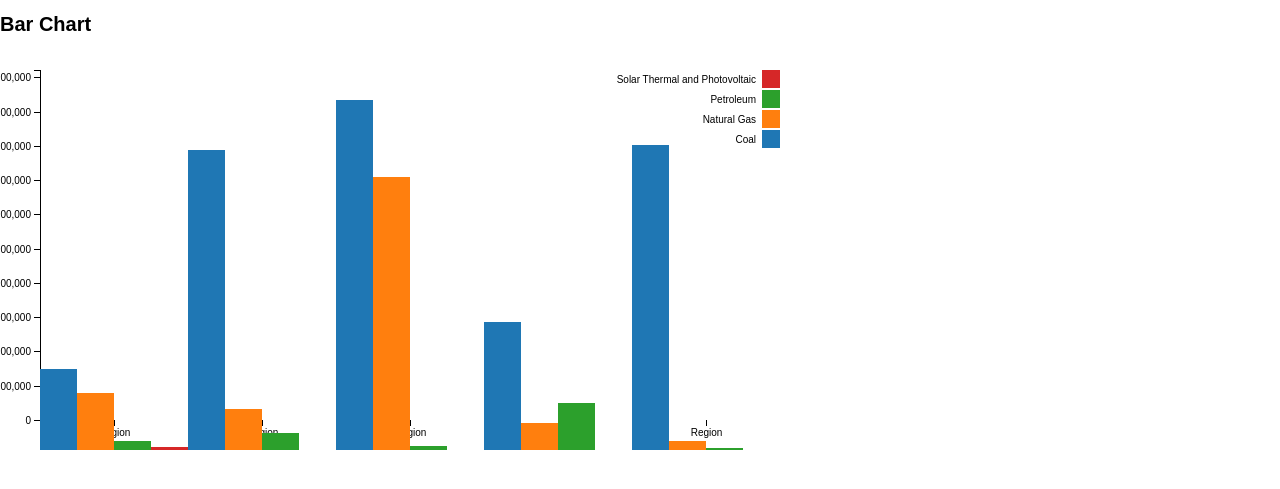
Repository: komalharjani/d3js-visualisation
Page: index.html
An editor plug-in stored every save of this project. The page is shown before and after the next save, followed by the edit.
The browser window is 1280 px wide. The pictures show the whole page.

Above is the page before, as saved 2020-05-01 18:04:54.

After the next save:
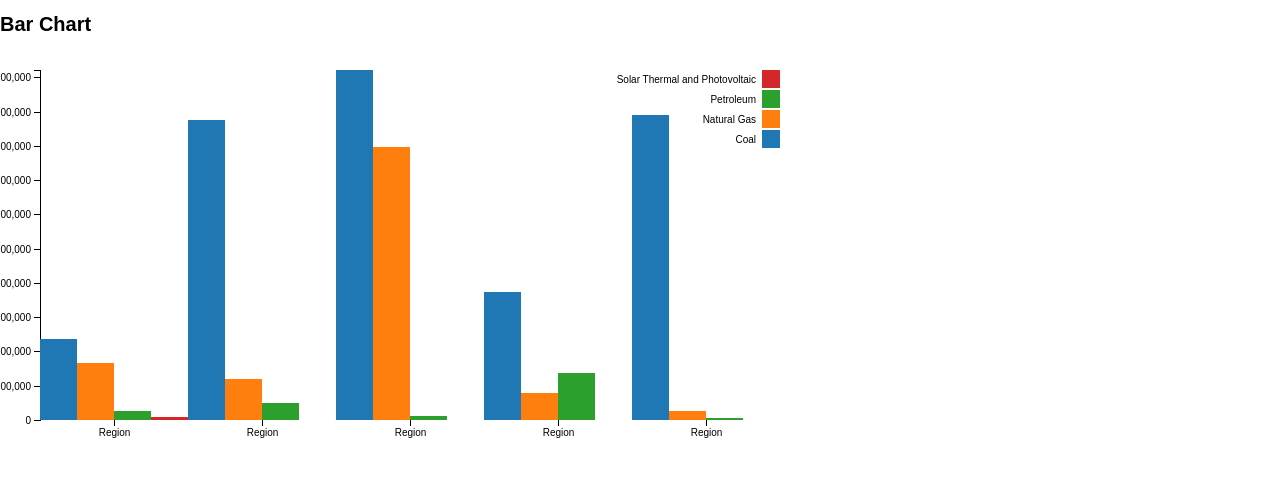
Saved 7 s later.
--- a/tryURL.js
+++ b/tryURL.js
@@ -112,7 +112,7 @@ d3.csv(dataPath)
             .data(currData)
             .enter().append("g")
             .attr("class", "g")
-            .attr("transform", function (d) { return "translate(" + x0(d.key) + ",30)"; });
+            .attr("transform", function (d) { return "translate(" + x0(d.key) + ",0)"; });
 
         slice.selectAll("rect")
             .data(function (d) { return d.values; })
